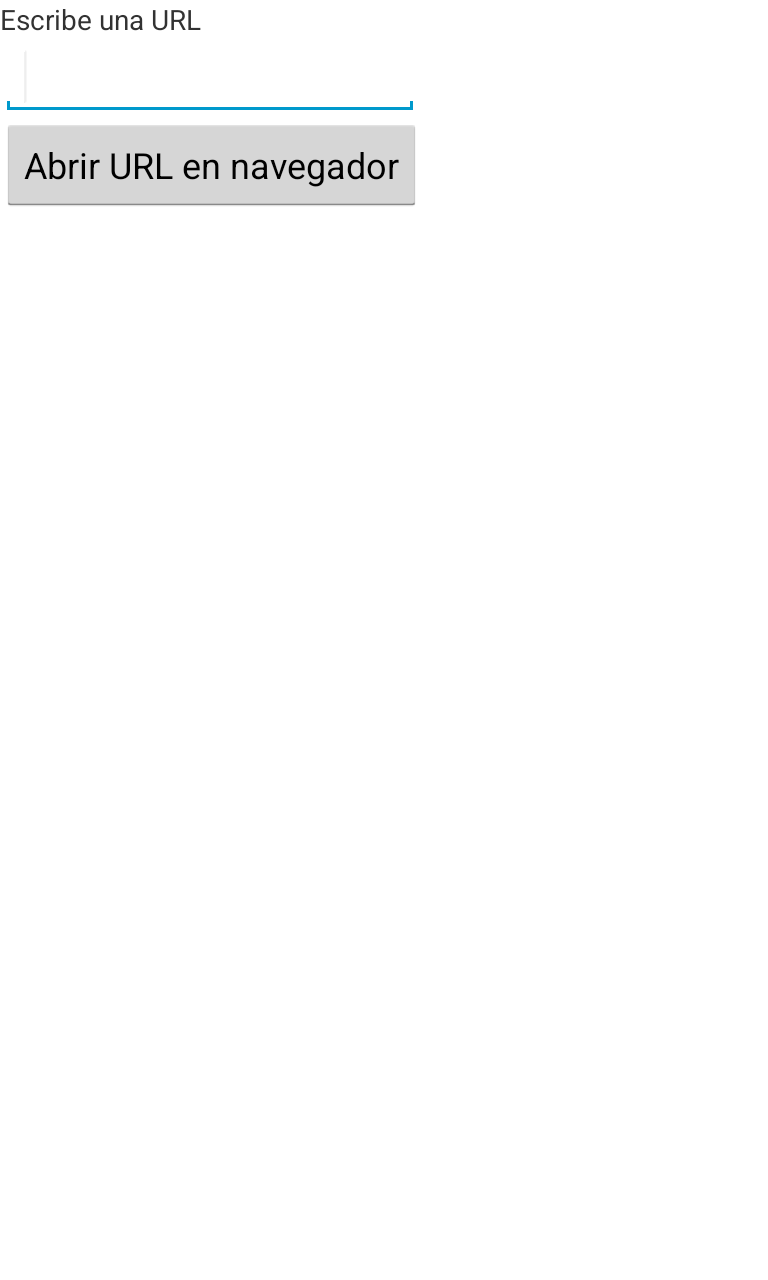
Repository: miguelcamposdev/cursoandroid
Layout: 01 Activities/MyCustomBrowser/res/layout/activity_prueba_url.xml
The author's editor kept a copy of each file at every save. The layout is drawn from the files as they stood at one save, then again after a run of saves.
It is drawn on a 768 x 1280 px phone screen (xhdpi) without system bars, with theme AppTheme; the app's code is not run.

Above is the layout before, as saved 2014-11-12 16:05:34.

### 01 Activities/MyCustomBrowser/res/layout/activity_prueba_url.xml
<RelativeLayout xmlns:android="http://schemas.android.com/apk/res/android"
    xmlns:tools="http://schemas.android.com/tools"
    android:layout_width="match_parent"
    android:layout_height="match_parent"
    tools:context="${relativePackage}.${activityClass}" >

    <TextView
        android:id="@+id/textViewLabelUrl"
        android:layout_width="wrap_content"
        android:layout_height="wrap_content"
        android:text="@string/label_insert_url" />

    <EditText
        android:id="@+id/editTextUrl"
        android:layout_width="wrap_content"
        android:layout_height="wrap_content"
        android:layout_alignParentLeft="true"
        android:layout_below="@+id/textViewLabelUrl"
        android:ems="10"
        android:inputType="textUri" >

        <requestFocus />
    </EditText>

    <Button
        android:id="@+id/buttonOpenUrl"
        android:layout_width="wrap_content"
        android:layout_height="wrap_content"
        android:layout_alignParentLeft="true"
        android:layout_below="@+id/editTextUrl"
        android:text="@string/btn_open_url" />

</RelativeLayout>

### 01 Activities/MyCustomBrowser/res/values/strings.xml
<?xml version="1.0" encoding="utf-8"?>
<resources>

    <string name="app_name">MyCustomBrowser</string>
    <string name="hello_world">Hello world!</string>
    <string name="label_insert_url">Escribe una URL</string>
    <string name="btn_open_url">Abrir URL en navegador</string>

</resources>

Loaded but not shown: 01 Activities/MyCustomBrowser/res/values/styles.xml (common file); 01 Activities/MyCustomBrowser/res/values-v11/styles.xml (common file); 01 Activities/MyCustomBrowser/res/values-v14/styles.xml (common file)

After the next 2 saves:
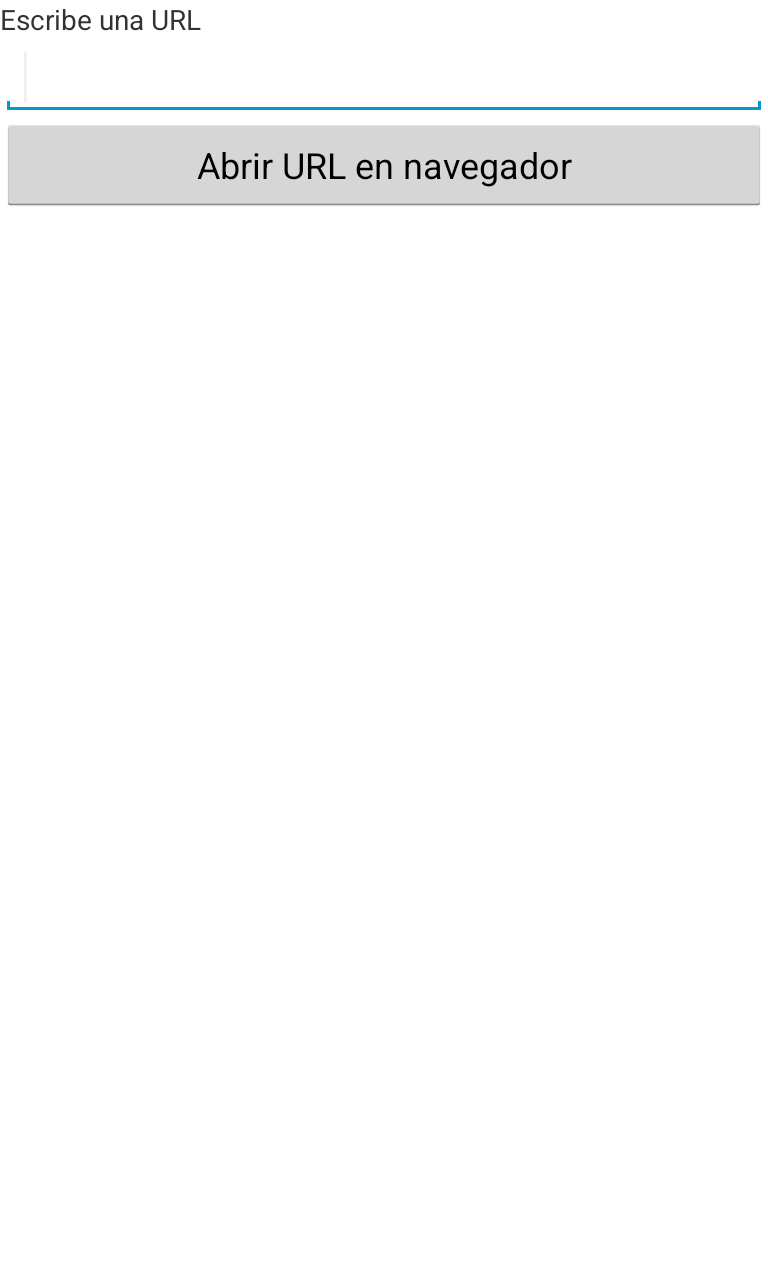
The 2 saves are shown as one change because they came seconds apart.
The last was saved 24 s later.
--- a/01 Activities/MyCustomBrowser/res/layout/activity_prueba_url.xml
+++ b/01 Activities/MyCustomBrowser/res/layout/activity_prueba_url.xml
@@ -12,7 +12,7 @@
 
     <EditText
         android:id="@+id/editTextUrl"
-        android:layout_width="wrap_content"
+        android:layout_width="match_parent"
         android:layout_height="wrap_content"
         android:layout_alignParentLeft="true"
         android:layout_below="@+id/textViewLabelUrl"
@@ -24,7 +24,7 @@
 
     <Button
         android:id="@+id/buttonOpenUrl"
-        android:layout_width="wrap_content"
+        android:layout_width="match_parent"
         android:layout_height="wrap_content"
         android:layout_alignParentLeft="true"
         android:layout_below="@+id/editTextUrl"
